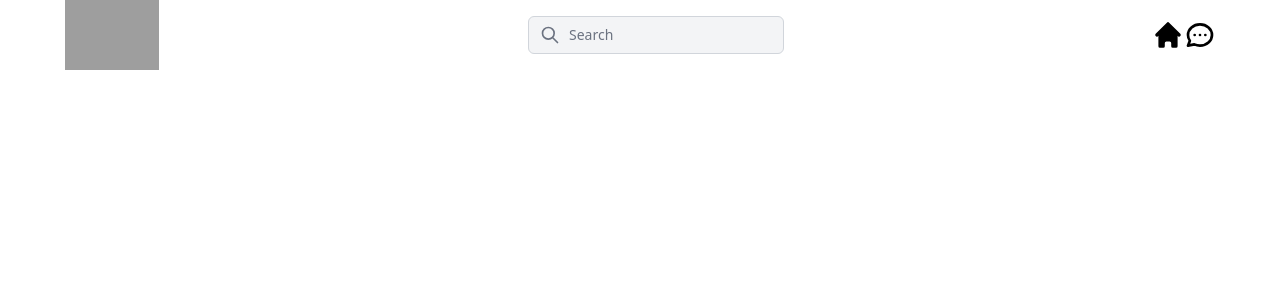
Repository: Qu4ntumGuy/insta-clone
Page: /
An editor plug-in stored every save of this project. The page is shown before and after the next save, followed by the edit.
The browser window is 1280 px wide. The pictures show the whole page.
Pictures or frames that could not be fetched are drawn as grey boxes. The project was rebuilt for these pictures with package versions that can differ from the ones it lists, and the page was loaded fresh each time. The framework's server and built-in components were replaced by stand-ins that run in the browser. Also part of the build but not shown: next.config.js.

Above is the page before, as saved 2022-03-16 12:49:49.

After the next save:
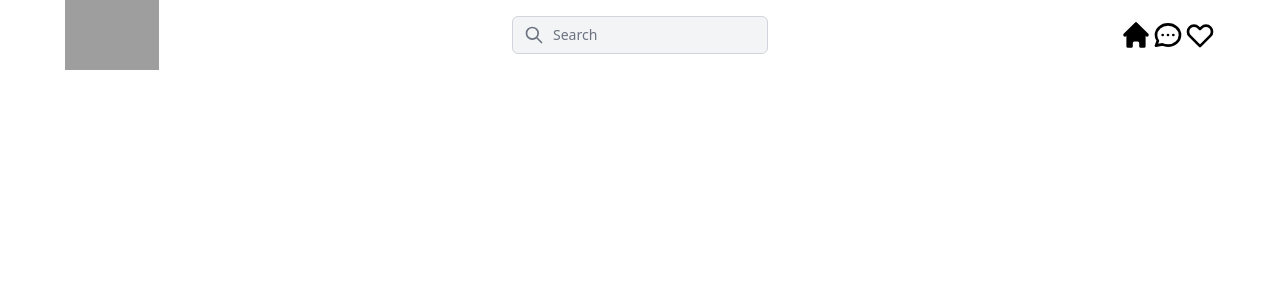
Saved 3 min 32 s later.
--- a/components/Header.js
+++ b/components/Header.js
@@ -42,6 +42,7 @@ const Header = () => {
         <div className="flex items-center">
         <HomeIcon className=" h-8 w-8" />
         <ChatIcon className=" h-8 w-8" />
+        <HeartIcon className=" h-8 w-8 " />
         </div>
       </div>
     </div>
